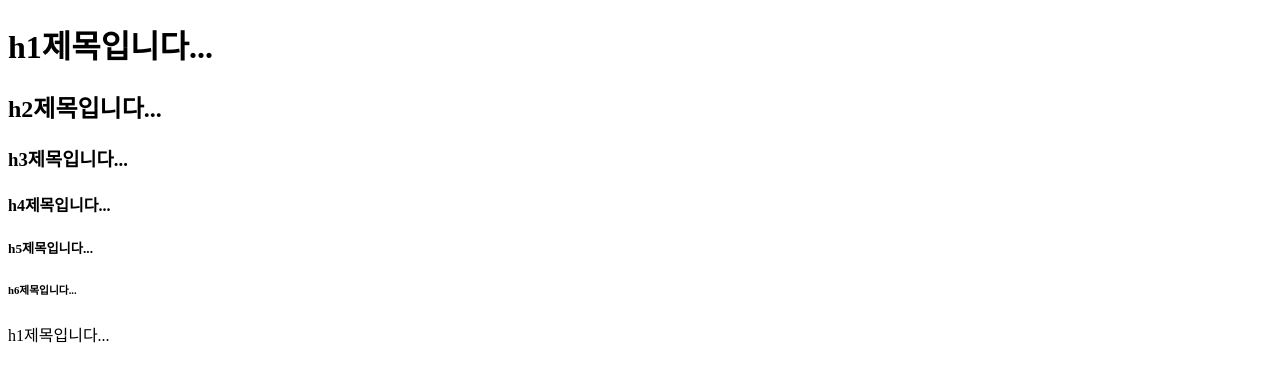
Repository: blinggg/html_git
Page: 0406/ex0406/WebContent/ex01.html
An editor plug-in stored every save of this project. The page is shown before and after the next save, followed by the edit.
The browser window is 1280 px wide. The pictures show the whole page.

Above is the page before, as saved 2020-04-06 00:17:10.

### 0406/ex0406/WebContent/ex01.html
<!DOCTYPE html>
<html>
<head>
<meta charset="UTF-8">
<title>연습1</title>
</head>

<body>
	 <h1>h1제목입니다...</h1>
	 <h2>h2제목입니다...</h2>
	 <h3>h3제목입니다...</h3>
	 <h4>h4제목입니다...</h4>
	 <h5>h5제목입니다...</h5>
	 <h6>h6제목입니다...</h6>
	 <h2.5>h1제목입니다...</h2.5>

</body>
</html>

After the next save:
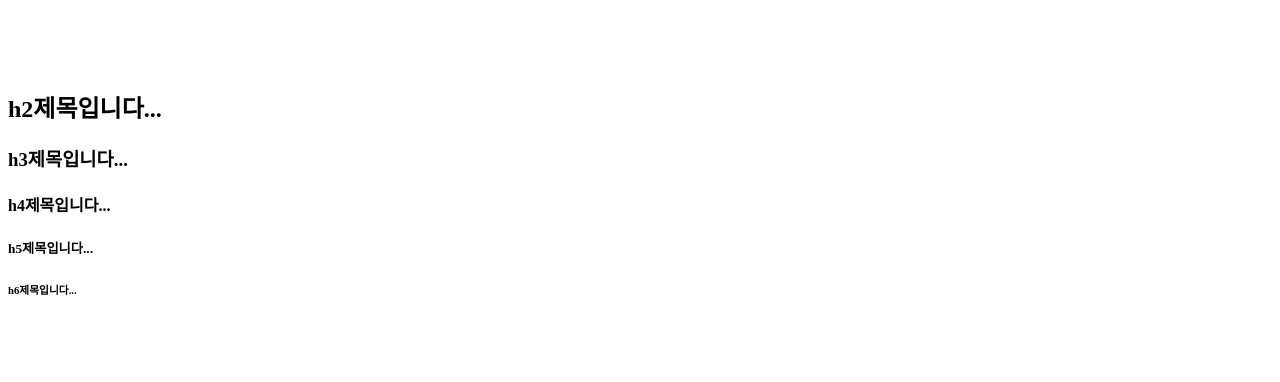
Saved 20 min 30 s later.
--- a/0406/ex0406/WebContent/ex01.html
+++ b/0406/ex0406/WebContent/ex01.html
@@ -2,17 +2,22 @@
 <html>
 <head>
 <meta charset="UTF-8">
-<title>연습1</title>
+	<title>연습1</title>
+	<style>
+	h1{color:white;
+	backgroud:black;}
+
+	</style>
 </head>
-
 <body>
+	<!--  여기는 주석입니다... -->
 	 <h1>h1제목입니다...</h1>
 	 <h2>h2제목입니다...</h2>
 	 <h3>h3제목입니다...</h3>
 	 <h4>h4제목입니다...</h4>
 	 <h5>h5제목입니다...</h5>
 	 <h6>h6제목입니다...</h6>
-	 <h2.5>h1제목입니다...</h2.5>
+
 
 </body>
 </html>
